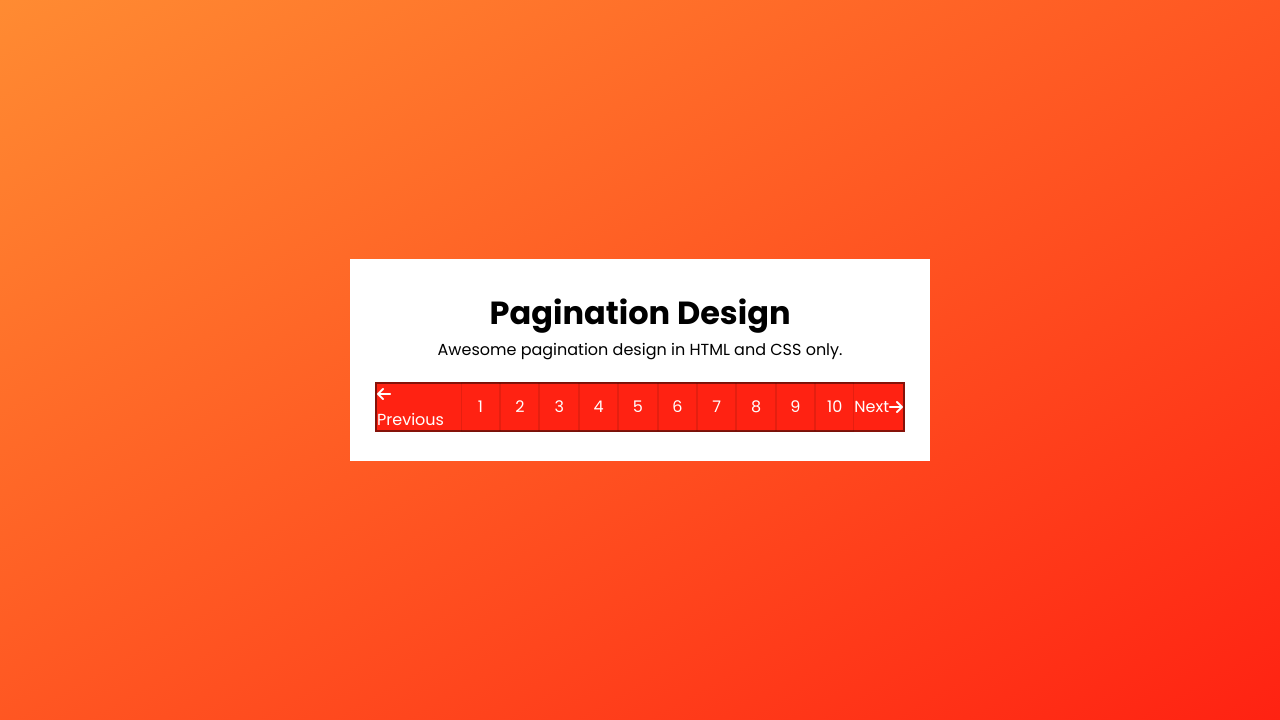
Repository: Ankitkr2021/Awesome-Pagination
Page: index.html
The author's editor kept a copy of each file at every save. The page is drawn from the files as they stood at one save, then again after a run of saves.
The browser window is 1280 px wide. The pictures show the whole page.

Above is the page before, as saved 2025-10-02 09:12:45.

After the next 2 saves:
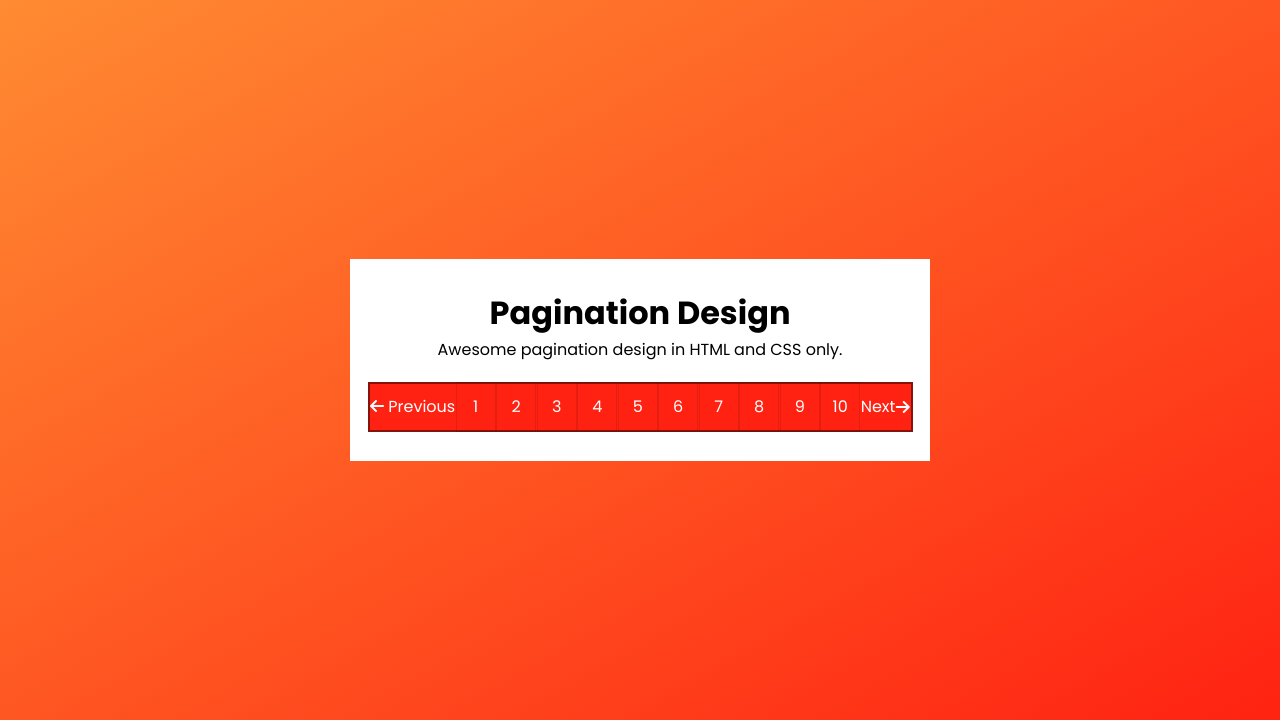
The 2 saves are shown as one change because they came seconds apart.
The last was saved 9 s later.
--- a/style.css
+++ b/style.css
@@ -38,7 +38,7 @@ p {
     background: rgb(255, 34, 18);
     color: #fff;
     height: 50px;
-    width: 530px;
+    width: 545px;
     display: flex;
     justify-content: space-evenly;
     align-items: center;
